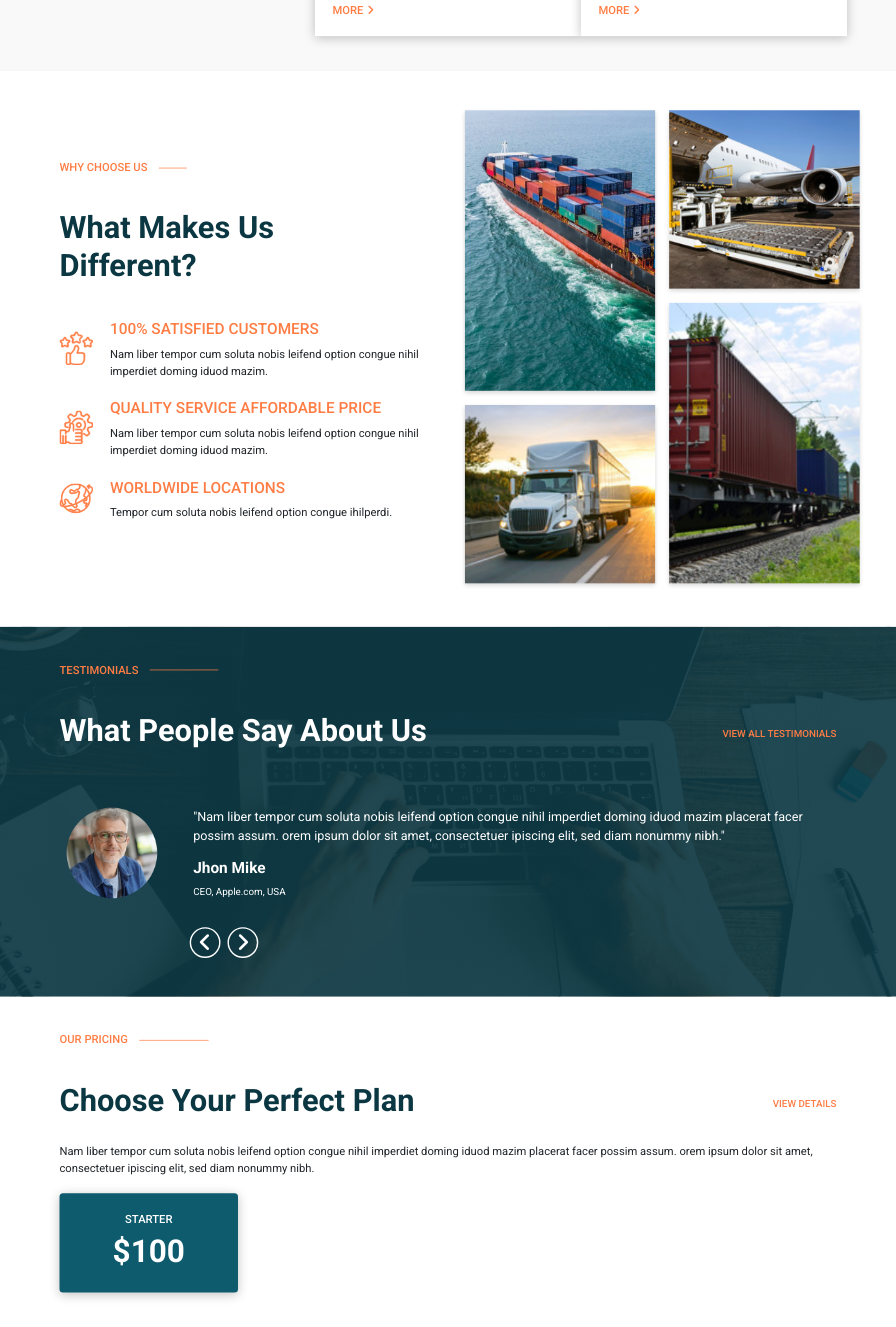
Repository: nazmulalok/shipping-theme
Page: index.html
These files come from the project's save history. The page is drawn as it stood at one moment and after the next save; the edit follows.
The browser window is 1280 px wide. The pictures show the part of the page from y = 2312 to 4232 px (the page is 4208 px tall before and 4232 px after), at 70% of full size.
Some web libraries are served in a nearby version.

Above is the page before, as saved 2022-10-09 15:29:52.

### index.html
<!DOCTYPE html>
<html lang="en">

    <head>
        <meta charset="UTF-8">
        <meta http-equiv="X-UA-Compatible" content="IE=edge">
        <meta name="viewport" content="width=device-width, initial-scale=1.0">
        <link rel="preconnect" href="https://fonts.googleapis.com">
        <link rel="preconnect" href="https://fonts.gstatic.com" crossorigin>
        <link
            href="https://fonts.googleapis.com/css2?family=Roboto:ital,wght@0,300;0,400;0,500;0,700;0,900;1,300;1,400;1,500;1,700;1,900&display=swap"
            rel="stylesheet">
        <link rel="stylesheet"
            href="https://cdnjs.cloudflare.com/ajax/libs/OwlCarousel2/2.3.4/assets/owl.carousel.min.css"
            integrity="sha512-tS3S5qG0BlhnQROyJXvNjeEM4UpMXHrQfTGmbQ1gKmelCxlSEBUaxhRBj/EFTzpbP4RVSrpEikbmdJobCvhE3g=="
            crossorigin="anonymous" referrerpolicy="no-referrer" />
        <link rel="stylesheet"
            href="https://cdnjs.cloudflare.com/ajax/libs/OwlCarousel2/2.3.4/assets/owl.theme.default.min.css"
            integrity="sha512-sMXtMNL1zRzolHYKEujM2AqCLUR9F2C4/05cdbxjjLSRvMQIciEPCQZo++nk7go3BtSuK9kfa/s+a4f4i5pLkw=="
            crossorigin="anonymous" referrerpolicy="no-referrer" />
        <link rel="stylesheet" href="https://cdnjs.cloudflare.com/ajax/libs/font-awesome/6.2.0/css/all.min.css"
            integrity="sha512-xh6O/CkQoPOWDdYTDqeRdPCVd1SpvCA9XXcUnZS2FmJNp1coAFzvtCN9BmamE+4aHK8yyUHUSCcJHgXloTyT2A=="
            crossorigin="anonymous" referrerpolicy="no-referrer" />
        <link rel="stylesheet" href="https://cdn.jsdelivr.net/npm/bootstrap@4.0.0/dist/css/bootstrap.min.css"
            integrity="sha384-Gn5384xqQ1aoWXA+058RXPxPg6fy4IWvTNh0E263XmFcJlSAwiGgFAW/dAiS6JXm" crossorigin="anonymous">
        <link rel="stylesheet" href="style.css">
        <title>Document</title>
    </head>

    <body>
        <header class="header-top">
            <div class="container">
                <div class="top-bar">
                    <p class="m-0">Dolor sit amet, consetetur sadipscing elitr sed diam</p>
                    <div>
                        <span class="mr-4">Shipment Tracker</span>
                        <span>Login</span>
                    </div>
                </div>
                <div class="header-area">
                    <div class="logo">
                        <img src="images/shipping-logo.svg" alt="Shipping Logo">
                    </div>
                    <nav>
                        <ul>
                            <li><a href="#">Home</a></li>
                            <li><a href="#">About Us</a></li>
                            <li><a href="#">Service</a></li>
                            <li><a href="#">Project</a></li>
                            <li><a href="#">Blog</a></li>
                            <li><a href="#">News & Events</a></li>
                            <li><a href="#">Contact Us</a></li>
                        </ul>
                    </nav>
                    <div class="nav-btn">
                        <a class="common-btn mr-3" href="#">Get A Quote</a>
                        <i class="fa-solid fa-ellipsis-vertical"></i>
                    </div>
                </div>
            </div>
        </header>
        <!-- Slider -->
        <section>
            <div class="main-slider">
                <div class="container">
                    <div class="slide-content">
                        <div class="slide-text">
                            <div class="slider-title mb-4">Lorem ips<br>
                                dolor sit ametcon<br>
                                sadips cing</div>
                            <p>Nam liber tempor cum soluta nobis eleifend option</p>
                            <div class="sliderBtn mt-5"><a class="common-btn mr-4" href="#">Get Started Now</a><a
                                    class="common-btn outline-btn" href="#">Learn More</a></div>
                        </div>
                    </div>
                </div>
            </div>
        </section>
        <!-- Slider Ends -->
        <div class="common-sec">
            <div class="container">
                <div class="row align-items-center mb-5">
                    <div class="col-lg-6">
                        <h1 class="border-heading">Duis Autem Vel Eumri
                            Ure Dolor In Hend</h1>
                    </div>
                    <div class="col-lg-6">
                        <p class="ms-4">Nam liber tempor cum soluta nobis eleifend option congue nihil imperdiet doming
                            id quod mazim
                            placerat facer possim assum. Lorem ipsum dolor sit amet, consectetuer adipiscing.</p>
                    </div>
                </div>
                <div class="row mt-5">
                    <div class="col-lg-6">
                        <div class="video-box img-box img-shadow">
                            <img src="images/ship-products.jpg" alt="Ship Products" />
                            <a data-fancybox="" href="" class="video-btn">
                                <i class="fa fa-play"></i>
                            </a>
                        </div>
                        <div class="exp-section">
                            <div class="exp-title ml-4">
                                25
                            </div>
                            <div class="exp-paragraph">
                                Years <br>Experience <br>In It
                            </div>
                            <img src="images/exp-bg.png" alt="Experience">
                        </div>
                    </div>
                    <div class="col-lg-6">
                        <span class="sp-title">About Us</span>
                        <h2 class="mb-5">Lorem Ipsum Dolo
                            Sit Amet Conse</h2>
                        <p class="mb-5">Lorem ipsum dolor sit amet, consetetur sadipscing elitr, sed diam nonumy eirmod
                            tempor
                            invidunt.</p>
                        <div class="boxes">
                            <div class="common-box">
                                <div class="content">
                                    <i class="fa-solid fa-bullseye mb-4"></i>
                                    <div class="box-title mb-4">
                                        Our Mission
                                    </div>
                                    <p class="mb-4">Lorem, ipsum dolor sit amet consectetur adipisicing elit. Beatae,
                                        fuga. Commodi
                                        rerum
                                        officia voluptates.</p>
                                    <a href="#" class="more-btn">More</a>
                                </div>
                            </div>
                            <div class="common-box">
                                <div class="content">
                                    <i class="fa-regular fa-eye mb-4"></i>
                                    <div class="box-title mb-4">
                                        Our Vision
                                    </div>
                                    <p class="mb-4">Lorem, ipsum dolor sit amet consectetur adipisicing elit. Beatae,
                                        fuga. Commodi
                                        rerum
                                        officia voluptates.</p>
                                    <a href="#" class="more-btn">More</a>
                                </div>
                            </div>
                        </div>
                    </div>
                </div>
            </div>
        </div>
        <div class="common-sec service-sec">
            <div class="container">
                <div class="row align-items-center">
                    <div class="col-lg-4">
                        <span class="sp-title">Services</span>
                        <h2 class="mb-5">Our Services</h2>
                        <p class="mb-5">Nam liber tempor cum soluta nobis leifend option congue nihil imperdiet doming
                            iduod mazim placerat facer possim assum. orem ipsum dolor sit amet, consectetuer ipiscing
                            elit, sed diam nonummy nibh.</p>
                        <a href="#" class="common-btn">More Services</a>
                    </div>
                    <div class="col-lg-8">
                        <div class="row">
                            <div class="col-lg-6 p-0">
                                <div class="common-box">
                                    <div class="content">
                                        <i class="fa-solid fa-truck-moving mb-4"></i>
                                        <div class="box-title mb-4">
                                            Truck Shipping
                                        </div>
                                        <p class="mb-4">Lorem ipsum dolor sit amet, consetetur sadipscing elitr, sed
                                            diam nonumy eirmod tempor invidunt.</p>
                                        <a href="#" class="more-btn">More</a>
                                    </div>
                                </div>
                            </div>
                            <div class="col-lg-6 p-0">
                                <div class="common-box">
                                    <div class="content">
                                        <i class="fa-solid fa-plane mb-4"></i>
                                        <div class="box-title mb-4">
                                            Air Shipping
                                        </div>
                                        <p class="mb-4">Lorem ipsum dolor sit amet, consetetur sadipscing elitr, sed
                                            diam nonumy eirmod tempor invidunt.</p>
                                        <a href="#" class="more-btn">More</a>
                                    </div>
                                </div>
                            </div>
                            <div class="col-lg-6 p-0">
                                <div class="common-box">
                                    <div class="content">
                                        <i class="fa-solid fa-train-subway mb-4"></i>
                                        <div class="box-title mb-4">
                                            Railway Shipping
                                        </div>
                                        <p class="mb-4">Lorem, ipsum dolor sit amet consectetur adipisicing elit.
                                            Beatae,
                                            fuga. Commodi
                                            rerum
                                            officia voluptates.</p>
                                        <a href="#" class="more-btn">More</a>
                                    </div>
                                </div>
                            </div>
                            <div class="col-lg-6 p-0">
                                <div class="common-box">
                                    <div class="content">
                                        <i class="fa-solid fa-ship mb-4"></i>
                                        <div class="box-title mb-4">
                                            Ocean Shipping
                                        </div>
                                        <p class="mb-4">Lorem, ipsum dolor sit amet consectetur adipisicing elit.
                                            Beatae,
                                            fuga. Commodi
                                            rerum
                                            officia voluptates.</p>
                                        <a href="#" class="more-btn">More</a>
                                    </div>
                                </div>
                            </div>
                        </div>
                    </div>
                </div>
            </div>
        </div>
        <div class="common-sec why-choose-sec">
            <div class="container">
                <div class="row align-items-center">
                    <div class="col-lg-6">
                        <span class="sp-title">Why Choose Us</span>
                        <h3 class="mb-5">What Makes Us <br>
                            Different?</h3>
                        <div class="why-choose-box">
                            <div class="common-box d-flex align-items-center mb-4">
                                <div class="img-box mr-4">
                                    <img src="images/satisfied-customers.png" alt="Satisfied Customers">
                                </div>
                                <div>
                                    <div class="box-title mb-2">
                                        100% Satisfied Customers
                                    </div>
                                    <p>Nam liber tempor cum soluta nobis leifend option congue nihil imperdiet
                                        doming iduod mazim.</p>
                                </div>
                            </div>
                            <div class="common-box d-flex align-items-center mb-4">
                                <div class="img-box mr-4">
                                    <img src="images/quality-services.png" alt="Quality Services">
                                </div>
                                <div>
                                    <div class="box-title mb-2">
                                        Quality Service Affordable Price
                                    </div>
                                    <p>Nam liber tempor cum soluta nobis leifend option congue nihil imperdiet
                                        doming iduod mazim.</p>
                                </div>
                            </div>
                            <div class="common-box d-flex align-items-center mb-4">
                                <div class="img-box mr-4">
                                    <img src="images/worldwide-locations.png" alt="Worldwide Locations">
                                </div>
                                <div>
                                    <div class="box-title mb-2">
                                        Worldwide Locations
                                    </div>
                                    <p>Tempor cum soluta nobis leifend option congue ihilperdi.</p>
                                </div>
                            </div>
                        </div>
                    </div>
                    <div class="col-lg-6">
                        <div class="img-box">
                            <img src="images/why-choose-shipping.png" alt="Why Choose Shipping">
                        </div>
                    </div>
                </div>
            </div>
        </div>
        <div class="py-50 testimonial-sec">
            <div class="container">
                <span class="sp-title">Testimonials</span>
                <div class="flex-heading d-flex justify-content-between">
                    <h3>What People Say About Us</h3>
                    <span class="sp-title no-border">View All Testimonials</span>
                </div>
                <div class="testimonial-slider owl-carousel owl-theme mt-5">
                    <div class="item">
                        <div class="common-box d-flex align-items-center">
                            <div class="img-box mr-3">
                                <img src="images/testimonial-user.png" alt="User">
                            </div>
                            <div class="content">
                                <p>"Nam liber tempor cum soluta nobis leifend option congue nihil imperdiet doming iduod
                                    mazim placerat facer possim assum. orem ipsum dolor sit amet, consectetuer ipiscing
                                    elit, sed diam nonummy nibh."</p>
                                <div class="user-details">
                                    <p class="mb-2">Jhon Mike</p>
                                    <p>CEO, Apple.com, USA</p>
                                </div>
                            </div>
                        </div>
                    </div>
                    <div class="item">
                        <div class="common-box d-flex align-items-center">
                            <div class="img-box mr-3">
                                <img src="images/testimonial-user.png" alt="User">
                            </div>
                            <div class="content">
                                <p>"Nam liber tempor cum soluta nobis leifend option congue nihil imperdiet doming iduod
                                    mazim placerat facer possim assum. orem ipsum dolor sit amet, consectetuer ipiscing
                                    elit, sed diam nonummy nibh."</p>
                                <div class="user-details">
                                    <p class="mb-2">Jhon Mike</p>
                                    <p>CEO, Apple.com, USA</p>
                                </div>
                            </div>
                        </div>
                    </div>
                    <div class="item">
                        <div class="common-box d-flex align-items-center">
                            <div class="img-box mr-3">
                                <img src="images/testimonial-user.png" alt="User">
                            </div>
                            <div class="content">
                                <p>"Nam liber tempor cum soluta nobis leifend option congue nihil imperdiet doming iduod
                                    mazim placerat facer possim assum. orem ipsum dolor sit amet, consectetuer ipiscing
                                    elit, sed diam nonummy nibh."</p>
                                <div class="user-details">
                                    <p class="mb-2">Jhon Mike</p>
                                    <p>CEO, Apple.com, USA</p>
                                </div>
                            </div>
                        </div>
                    </div>
                </div>
            </div>
        </div>
        <div class="common-sec pricing-sec">
            <div class="container">
                <span class="sp-title">Our Pricing</span>
                <div class="flex-heading d-flex justify-content-between mb-4">
                    <h3>Choose Your Perfect Plan</h3>
                    <span class="sp-title no-border">View Details</span>
                </div>
                <p class="mb-4">Nam liber tempor cum soluta nobis leifend option congue nihil imperdiet doming iduod
                    mazim placerat
                    facer possim assum. orem ipsum dolor sit amet, consectetuer ipiscing elit, sed diam nonummy nibh.
                </p>
                <div class="row">
                    <div class="col-lg-3">
                        <div class="common-box bg-blue">
                            <div class="content">
                                <div class="pricing-title">
                                    <span>Starter</span>
                                    <span>$100</span>
                                </div>
                            </div>
                        </div>
                    </div>
                    <div class="col-lg-3">

                    </div>
                    <div class="col-lg-3">

                    </div>
                    <div class="col-lg-3">

                    </div>
                </div>
            </div>
        </div>














        <script src="https://code.jquery.com/jquery-3.2.1.slim.min.js"
            integrity="sha384-KJ3o2DKtIkvYIK3UENzmM7KCkRr/rE9/Qpg6aAZGJwFDMVNA/GpGFF93hXpG5KkN"
            crossorigin="anonymous"></script>
        <script src="https://cdn.jsdelivr.net/npm/popper.js@1.12.9/dist/umd/popper.min.js"
            integrity="sha384-ApNbgh9B+Y1QKtv3Rn7W3mgPxhU9K/ScQsAP7hUibX39j7fakFPskvXusvfa0b4Q"
            crossorigin="anonymous"></script>
        <script src="https://cdn.jsdelivr.net/npm/bootstrap@4.0.0/dist/js/bootstrap.min.js"
            integrity="sha384-JZR6Spejh4U02d8jOt6vLEHfe/JQGiRRSQQxSfFWpi1MquVdAyjUar5+76PVCmYl"
            crossorigin="anonymous"></script>
        <script src="https://cdnjs.cloudflare.com/ajax/libs/jquery/3.6.1/jquery.min.js"
            integrity="sha512-aVKKRRi/Q/YV+4mjoKBsE4x3H+BkegoM/em46NNlCqNTmUYADjBbeNefNxYV7giUp0VxICtqdrbqU7iVaeZNXA=="
            crossorigin="anonymous" referrerpolicy="no-referrer"></script>
        <script src="https://cdnjs.cloudflare.com/ajax/libs/OwlCarousel2/2.3.4/owl.carousel.min.js"
            integrity="sha512-bPs7Ae6pVvhOSiIcyUClR7/q2OAsRiovw4vAkX+zJbw3ShAeeqezq50RIIcIURq7Oa20rW2n2q+fyXBNcU9lrw=="
            crossorigin="anonymous" referrerpolicy="no-referrer"></script>
        <script src="script.js"></script>
    </body>

</html>

Loaded but not shown: script.js (21 lines, source omitted); style.css (608 lines, source omitted)

After the next save:
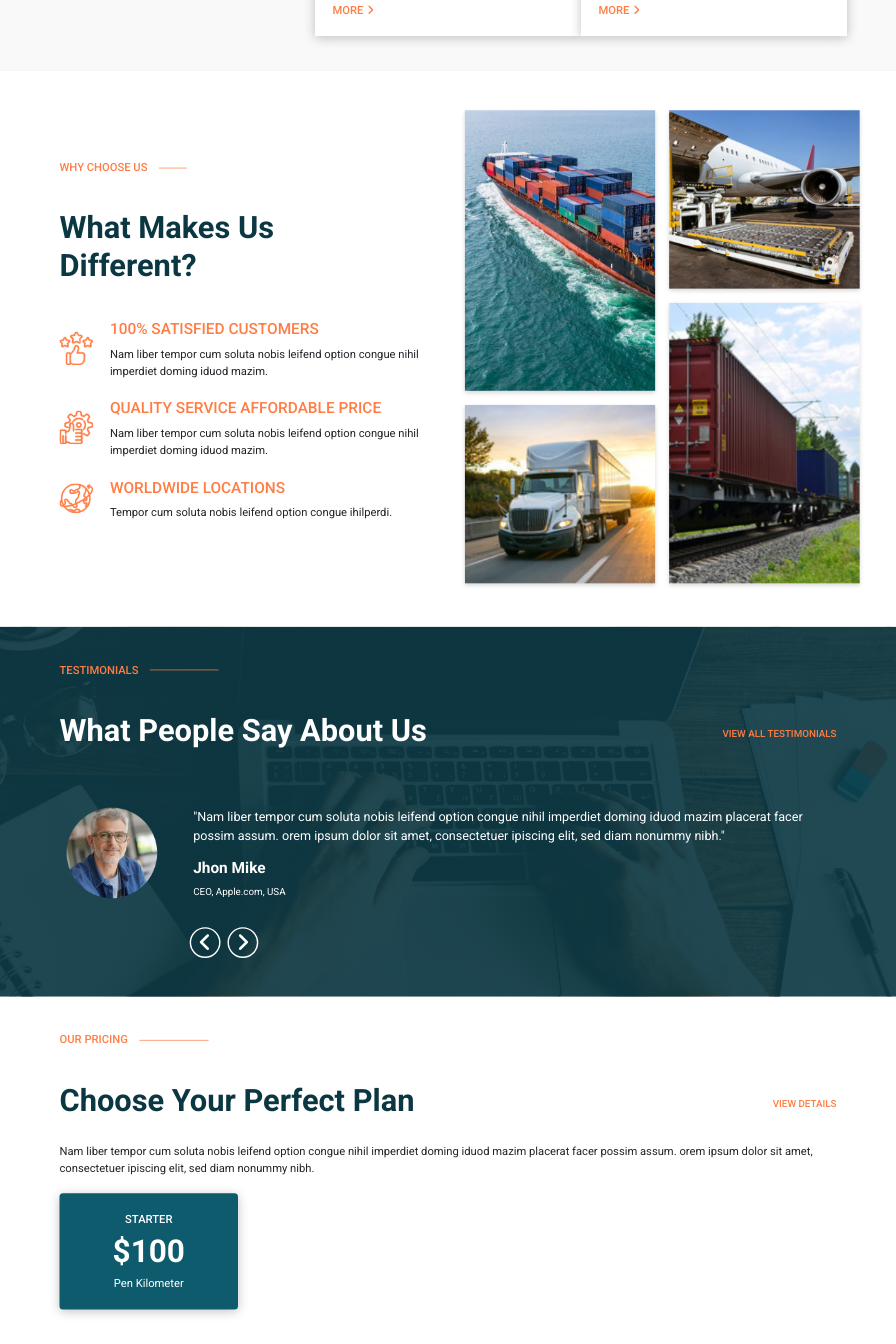
Saved 51 s later.
--- a/index.html
+++ b/index.html
@@ -353,6 +353,7 @@
                                 <div class="pricing-title">
                                     <span>Starter</span>
                                     <span>$100</span>
+                                    <span>Pen Kilometer</span>
                                 </div>
                             </div>
                         </div>
